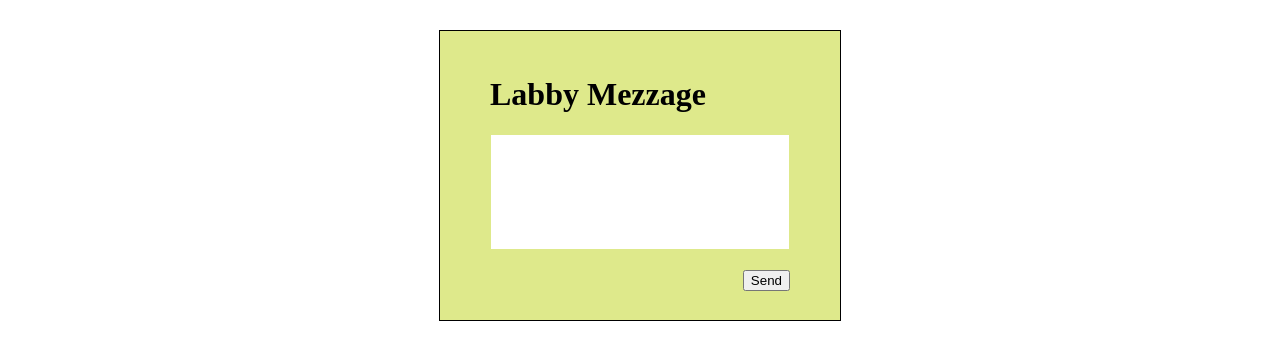
Repository: ml223nw/1dv403-laborationer
Page: 2-labbymezzage/index.html
The author's editor kept a record of every edit. The page is drawn from the files as they stood at one moment, then again after the next edit.
The browser window is 1280 px wide. The pictures show the whole page.

Above is the page before.

### 2-labbymezzage/index.html
<!DOCTYPE html>
<html>
    <head>
        <title>Labby Mezzage</title>
        <link rel="stylesheet" type="text/css" href="css/stylesheet.css">
        <script src="js/application.js"></script>
        <script src="js/message.js"></script>
    </head>
    <body>
        <div id="container">
            <div id="content">
                <div id="message">
                <h1>Labby Mezzage</h1>
                </div>
                <form>
                    <p>
                        <textarea rows="10" cols="100" id="input"></textarea>
                    </p>
                    <p>
                        <input type="submit" value="Send" id="sendbutton">
                    </p>
                </form>
            </div>
        </div>
    </body>
</html>

### 2-labbymezzage/css/stylesheet.css
h1 {
    margin-top: -5px;
}

#container {
    margin-top: 30px;
    border: 1px solid;
    padding: 50px;
    max-width: 300px;
    margin-left: auto;
    margin-right: auto;
    background-color: #DEE98B;
}

#input {
    max-width: 294px;
    max-height: 110px;
    margin-left: auto;
    margin-right: auto;
}

textarea {
    resize: none;
    border: 1px solid #DEE98B;
}

#sendbutton {
    float: right;
}

### 2-labbymezzage/js/application.js
var application = {
    init: function() {
        alert("Hej hej");
    }
};

window.onload = application.init;

### 2-labbymezzage/js/message.js
"use strict";

function Message(message, date) {

    this.getText = function() {
        return message;
    }

    this.setText = function(_text) {
        message = _text;
    }

    this.getDate = function() {
        return date;
    }

    this.setDate = function(_date) {
        date = _date;
    }

    Message.prototype.toString = function() {
        return this.getText()+" ("+this.getDate()+")";
    }

    Message.prototype.getHTMLText = function() {
        return this.getText()+" ("+this.getDate()+")<br/>";
    }

    Message.prototype.getDateText = function() {
        return " ("+this.getDate()+")";
    };

    var mess = new Message("Testmeddelande", new Date());
    alert(mess)
    alert(mess.getText());
    mess.setText("En annan text");
    alert(mess)

}

After the next edit:
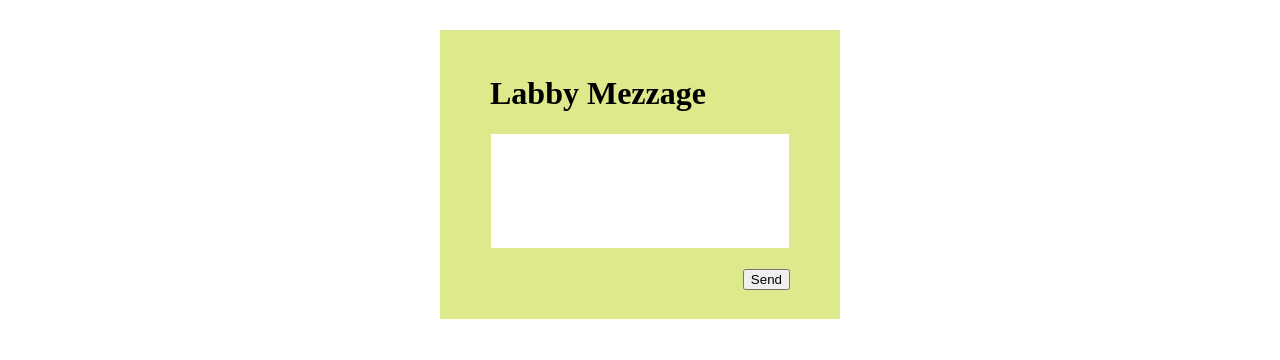
The edit:
--- a/2-labbymezzage/css/stylesheet.css
+++ b/2-labbymezzage/css/stylesheet.css
@@ -4,7 +4,6 @@
 
 #container {
     margin-top: 30px;
-    border: 1px solid;
     padding: 50px;
     max-width: 300px;
     margin-left: auto;
